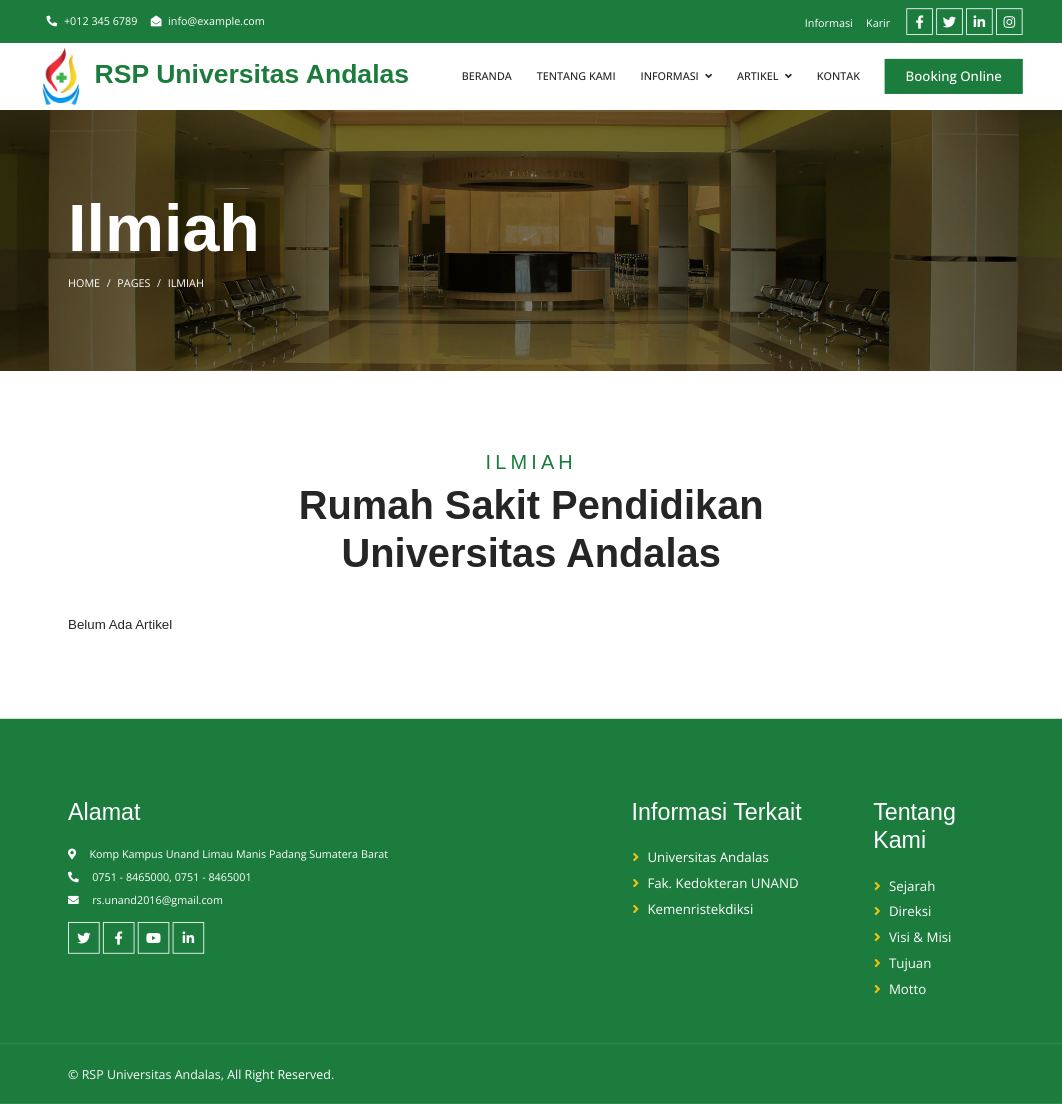
Repository: vivin-erialis/rsunand-site
Page: http://localhost/ilmiah
An editor plug-in stored every save of this project. The page is shown before and after the next save, followed by the edit.
The browser window is 1280 px wide. The pictures show the whole page, at 83% of full size.
Some web fonts or font styles are not loaded; a fallback is used. Some web libraries are served in a nearby version. The page is served by the project's Laravel application, run on PHP 8.4 with Laravel 12. Queries for data that is not in the repository find no rows.

Above is the page before, as saved 2024-04-29 09:58:49.
Console error: TypeError: Cannot read properties of undefined (reading 'version')

After the next save:
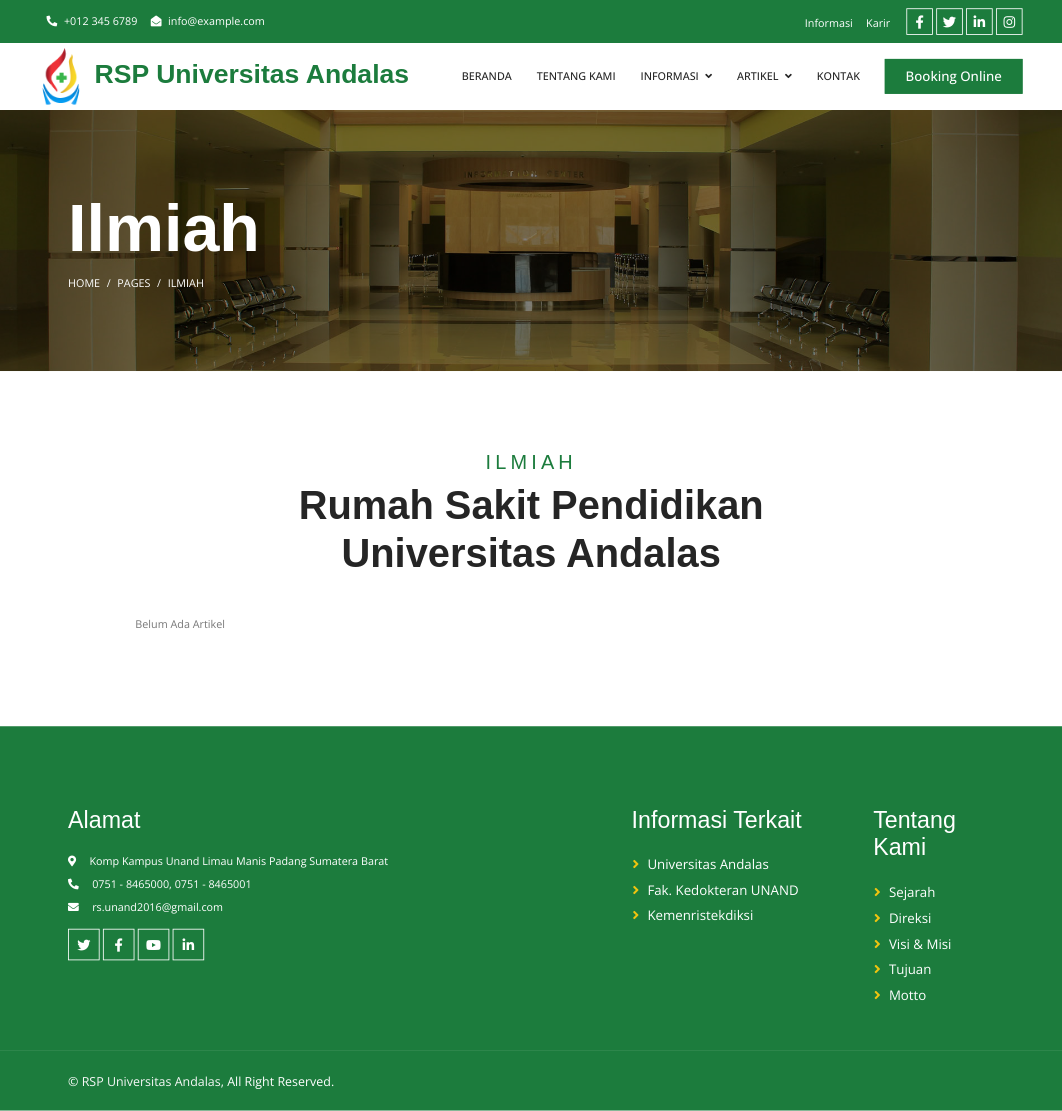
Saved 13 s later.
--- a/resources/views/Frontend/artikel/ilmiah.blade.php
+++ b/resources/views/Frontend/artikel/ilmiah.blade.php
@@ -11,7 +11,7 @@
             </div>
             <dvi class="container-berita">
                 @if ($ilmiah->isEmpty())
-                    <h6>Belum Ada Artikel</h6>
+                    <p class="text-center">Belum Ada Artikel</p>
                 @endif
                 @foreach ($ilmiah as $item)
                     <div class="card">
